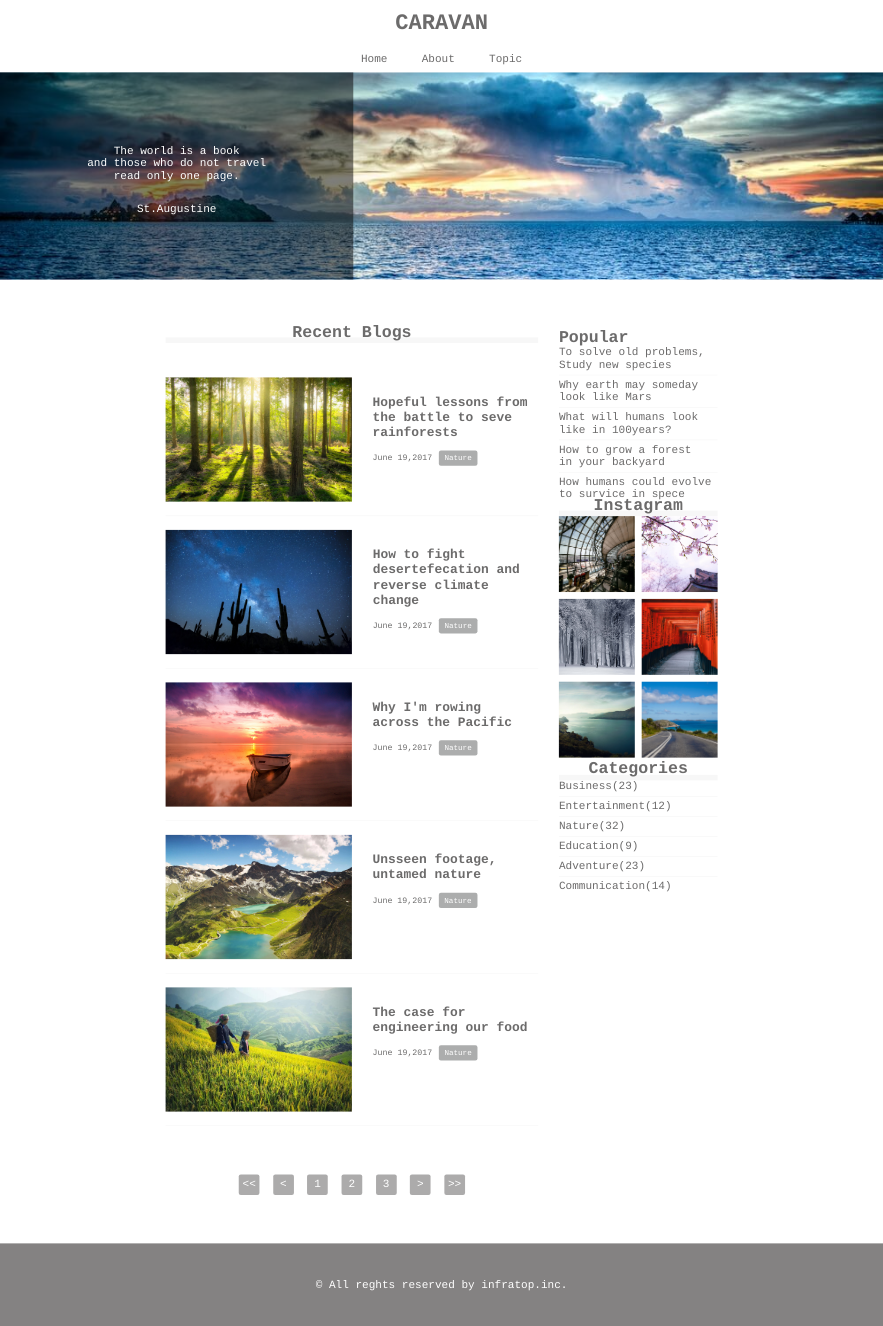
Repository: HayatoTakaha/bookers2-debug
Page: caravan/index.html
The author's editor kept a record of every edit. The page is drawn from the files as they stood at one moment, then again after the next edit.
The browser window is 1280 px wide. The pictures show the whole page, at 69% of full size.
Some web libraries are served in a nearby version.

Above is the page before.

After the next edit:
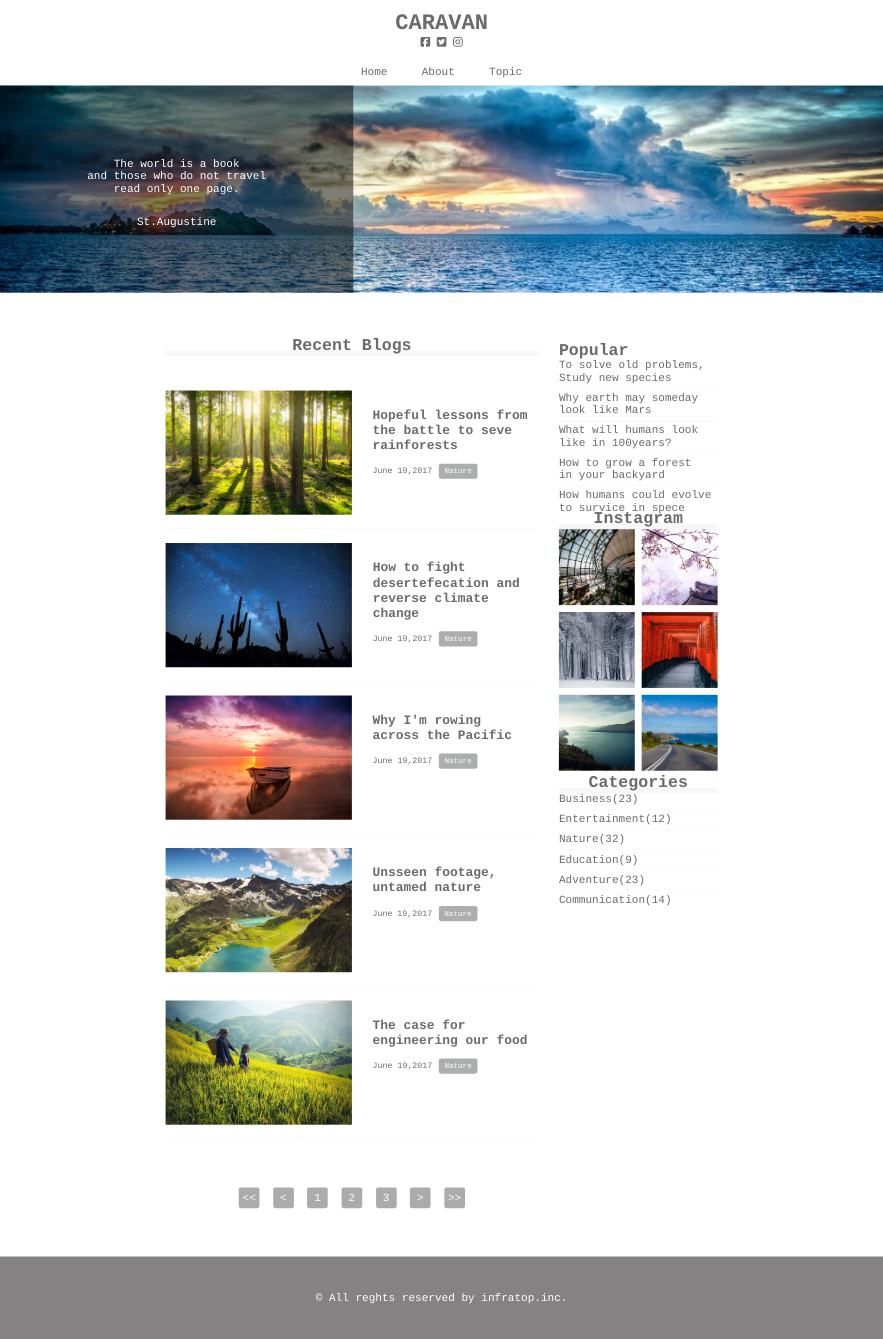
The edit:
--- a/caravan/index.html
+++ b/caravan/index.html
@@ -14,6 +14,9 @@
    <a href="index.html">CARAVAN</a>
   </h1>
     <div class="social"></div>
+    <i class="fab fa-facebook-square"></i>
+    <i class="fab fa-twitter-square"></i>
+    <i class="fab fa-instagram"></i>
  </header>
  <!--navigation-->
    <nav>
